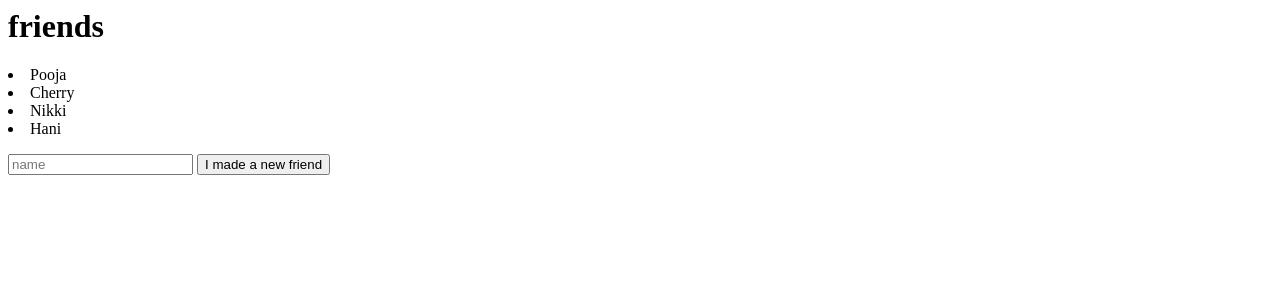
Repository: amulyakamshetty/WebDevelopment
Page: http://localhost/friends
The author's editor kept a record of every edit. The page is drawn from the files as they stood at one moment, then again after the next edit.
The browser window is 1280 px wide. The pictures show the whole page.
The page is served by the project's Node server (MoreExpress/PostRequestDemo/app.js).

Above is the page before.

### webdev/workspace/MoreExpress/PostRequestDemo/views/friends.ejs
<h1>friends </h1>

<% friends.forEach(function(friend) { %>
<li> <%= friend %>  </li>
<% }); %>

<form action = "/addfriend" method = "POST" ></form>
    <input type = "text" placeholder="name" >
    <button>I made a new friend</button>

### webdev/workspace/MoreExpress/PostRequestDemo/app.js
var express = require("express");
var app = express();
var bodyParser = require("body-parser");

app.use(bodyParser.urlencoded({extended : true}));

app.set("view engine", "ejs");
app.use(express.static("public"));

app.get("/", function(req, res){
    res.render("home");

});

app.get("/friends", function(req,res){
    var friends = ["Pooja", "Cherry", "Nikki", "Hani"];
    res.render("friends", {friends : friends});

});

app.post("/addfriend", function(req, res){
    res.send("posting a  friend");
    console.log(req.body)
});

app.listen(process.env.PORT, process.env.IP, function(){
    console.log("Server is listening !")
})

After the next edit:
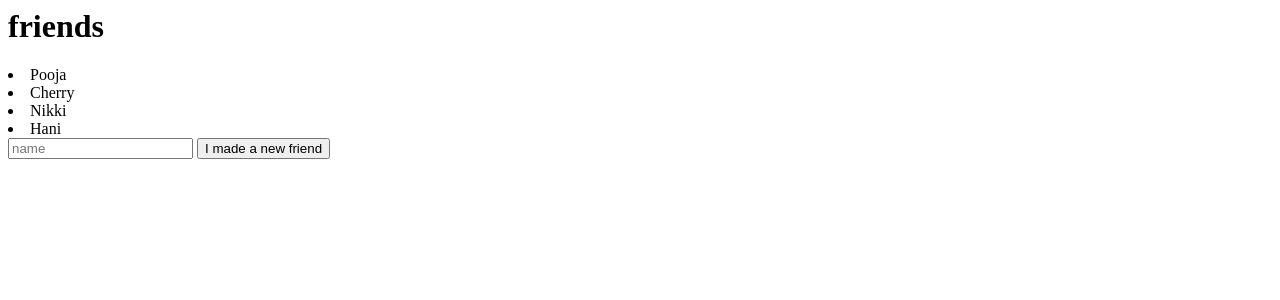
The edit:
--- a/webdev/workspace/MoreExpress/PostRequestDemo/views/friends.ejs
+++ b/webdev/workspace/MoreExpress/PostRequestDemo/views/friends.ejs
@@ -4,6 +4,6 @@
 <li> <%= friend %>  </li>
 <% }); %>
 
-<form action = "/addfriend" method = "POST" ></form>
+<form action = "/addfriend" method = "POST" >
     <input type = "text" placeholder="name" >
     <button>I made a new friend</button>
